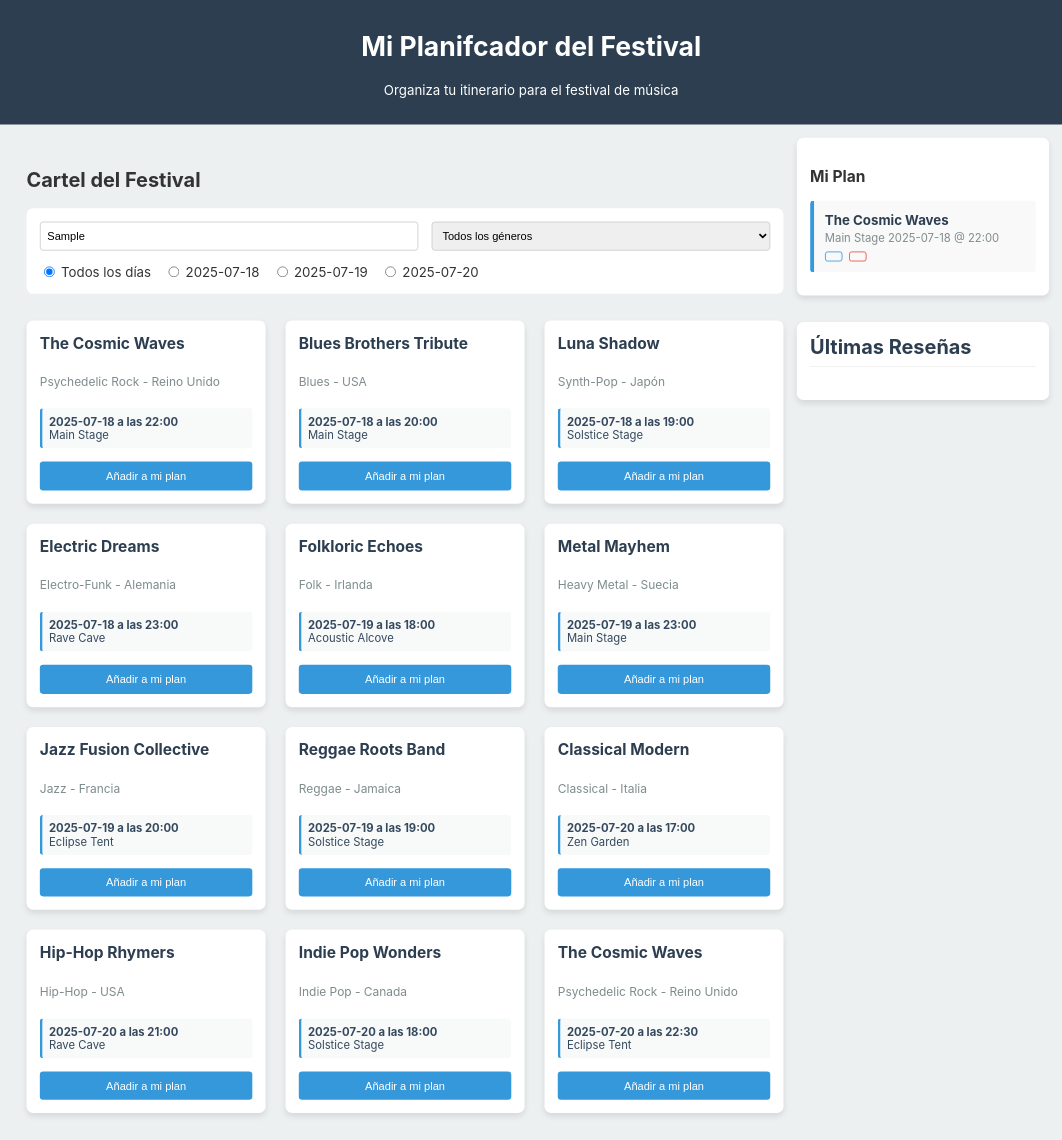
Repository: rotoforze/DWEC
Page: 2_examen_alexBernardos/index.html
These files come from the project's save history. The page is drawn as it stood at one moment and after the next save; the edit follows.
The browser window is 1280 px wide. The pictures show the whole page, at 83% of full size.
Empty fields were first filled with sample values (such as "Sample", 5 or name@example.com).
After loading, the first visible `button.add-to-plan` was clicked once.

Above is the page before, as saved 2025-12-12 12:23:47.

### 2_examen_alexBernardos/index.html
<!DOCTYPE html>
<html lang="es">
<head>
    <meta charset="UTF-8">
    <meta name="viewport" content="width=device-width, initial-scale=1.0">
    <title>Festival</title>
    <link rel="stylesheet" href="css/style.css">
</head>
<body>
    <!-- Encabezado principal de la aplicación -->
    <header>
        <h1>Mi Planifcador del Festival</h1>
        <p>Organiza tu itinerario para el festival de música</p>
    </header>

    <!-- Contenedor principal de la aplicación: organiza el dashboard y la columna derecha -->
    <div class="container">
        <!-- Sección principal del dashboard: muestra el cartel del festival y los filtros -->
        <main id="dashboard">
            <h2>Cartel del Festival</h2>
            <!-- Formulario de filtros para buscar y categorizar artistas -->
            <form id="filter-form">
                <input type="text" id="search-name" placeholder="Buscar por nombre...">
                <select id="filter-genre">
                    <option value="">Todos los géneros</option>
                    <!-- Las opciones de género se cargarán aquí dinámicamente mediante JavaScript -->
                </select>
                <div id="filter-day" class="radio-group">
                    <label><input type="radio" name="day" value="" checked> Todos los días</label>
                    <!-- Las opciones de día se cargarán aquí dinámicamente mediante JavaScript -->
                </div>
            </form>
            <!-- Contenedor donde se mostrarán las tarjetas de los artistas filtrados -->
            <div id="artist-list" class="grid-container">
                <!-- Las tarjetas de artistas se insertarán aquí por JavaScript -->
            </div>
        </main>

        <!-- Columna lateral derecha: contiene el plan del usuario y las reseñas -->
        <div class="right-column">
            <!-- Sección para el plan personalizado del usuario -->
            <aside id="my-plan-container">
                <h3>Mi Plan</h3>
                <!-- Lista donde se añadirán las actuaciones seleccionadas por el usuario -->
                <ul id="plan-list">
                    <!-- Las actuaciones añadidas aparecerán aquí por JavaScript -->
                </ul>
            </aside>
            <!-- Sección para mostrar las reseñas de los artistas -->
            <section id="reviews-section">
                <h2>Últimas Reseñas</h2>
                <!-- Contenedor donde se mostrarán las tarjetas de las reseñas -->
                <div id="reviews-list">
                    <!-- Las reseñas se insertarán aquí por JavaScript -->
                </div>
            </section>
        </div>
    </div>

    <!-- Modal para el formulario de reseña (inicialmente oculto) -->
    <div id="review-modal" class="modal-overlay" style="display: none;">
        <div class="modal-content">
            <button class="close-modal">&times;</button>
            <h3 id="modal-artist-name">Dejar reseña para...</h3>
            <!-- Formulario de reseña del artista. La validación se realiza en el cliente. -->
            <form id="review-form" novalidate>
                <div class="form-group">
                    <label>Calificación:</label>
                    <div class="star-rating">
                        <!-- Campos de radio para la calificación por estrellas (5 a 1) -->
                        <input type="radio" id="star5" name="rating" value="5" required><label for="star5" title="5 stars">★</label>
                        <input type="radio" id="star4" name="rating" value="4"><label for="star4" title="4 stars">★</label>
                        <input type="radio" id="star3" name="rating" value="3"><label for="star3" title="3 stars">★</label>
                        <input type="radio" id="star2" name="rating" value="2"><label for="star2" title="2 stars">★</label>
                        <input type="radio" id="star1" name="rating" value="1"><label for="star1" title="1 star">★</label>
                    </div>
                    <span class="error-message"></span>
                </div>
                <div class="form-group">
                    <label for="comment">Comentario:</label>
                    <textarea id="comment" name="comment" rows="4" minlength="15" required></textarea>
                    <span class="error-message"></span>
                </div>
                <div class="form-group">
                    <label for="email">Email:</label>
                    <input type="email" id="email" name="email" required>
                    <span class="error-message"></span>
                </div>
                <button type="submit">Enviar Reseña</button>
            </form>
        </div>
    </div>


    <!-- Mensaje de éxito temporal para confirmaciones de usuario (inicialmente oculto) -->
    <div id="success-message" class="success-message" style="display: none;"></div>

    <!-- Enlace al archivo JavaScript principal de la aplicación.
         El atributo 'type="module"' permite usar importaciones y exportaciones de módulos. -->
    <script src="js/main.js" type="module"></script>
</body>
</html>

### 2_examen_alexBernardos/css/style.css
/* --- GENERALES Y LAYOUT --- */
/* Este bloque define variables globales (--variable) para la paleta de colores y estilos reutilizables.
   También establece los estilos base para la página, como la fuente y la maquetación principal de dos columnas usando Flexbox. */
:root {
    --primary-color: #2c3e50;
    --secondary-color: #3498db;
    --background-color: #ecf0f1;
    --card-bg-color: #ffffff;
    --text-color: #333;
    --error-color: #e74c3c;
    --success-color: #2ecc71;
    --star-color: #f1c40f;
    --border-radius: 8px;
    --box-shadow: 0 4px 8px rgba(0, 0, 0, 0.1);
}

body {
    font-family: -apple-system, BlinkMacSystemFont, "Segoe UI", Roboto, Helvetica, Arial, sans-serif;
    margin: 0;
    background-color: var(--background-color);
    color: var(--text-color);
}

header {
    background-color: var(--primary-color);
    color: white;
    padding: 1rem 2rem;
    text-align: center;
}

.container {
    display: flex;
    flex-wrap: wrap;
    padding: 1rem;
}

main#dashboard {
    flex: 3;
    min-width: 300px;
    padding: 1rem;
}

.right-column {
    flex: 1;
    min-width: 300px;
    display: flex;
    flex-direction: column;
    gap: 2rem;
}

aside#my-plan-container {
    background-color: var(--card-bg-color);
    padding: 1rem;
    border-radius: var(--border-radius);
    box-shadow: var(--box-shadow);
}

/* --- FORMULARIO DE FILTROS --- */
/* Estilos para el formulario que permite al usuario buscar y filtrar artistas. */
#filter-form {
    display: flex;
    flex-wrap: wrap;
    gap: 1rem;
    margin-bottom: 2rem;
    background-color: var(--card-bg-color);
    padding: 1rem;
    border-radius: var(--border-radius);
}

#filter-form input[type="text"],
#filter-form select {
    padding: 0.5rem;
    border: 1px solid #ccc;
    border-radius: 4px;
    flex-grow: 1;
}

.radio-group {
    display: flex;
    gap: 1rem;
    align-items: center;
}

/* --- TARJETAS DE ARTISTAS --- */
/* Define el layout de parrilla para las tarjetas de artistas y el estilo de cada tarjeta individual,
   incluyendo efectos visuales como sombras y animaciones al pasar el ratón. */
.grid-container {
    display: grid;
    grid-template-columns: repeat(auto-fill, minmax(220px, 1fr));
    gap: 1.5rem;
}

.artist-card {
    background: var(--card-bg-color);
    border-radius: var(--border-radius);
    box-shadow: var(--box-shadow);
    padding: 1rem;
    transition: transform 0.2s, box-shadow 0.2s;
    display: flex;
    flex-direction: column;
}

.artist-card:hover {
    transform: translateY(-5px);
    box-shadow: 0 8px 16px rgba(0, 0, 0, 0.15);
}

.artist-card h3 {
    margin-top: 0;
    color: var(--primary-color);
}

.artist-card p {
    font-size: 0.9rem;
    color: #7f8c8d;
    margin: 0.5rem 0;
}

.card-schedule-info {
    font-size: 0.85rem;
    color: #34495e;
    background-color: #f8f9f9;
    padding: 0.5rem;
    border-radius: 4px;
    margin: 1rem 0;
    border-left: 3px solid var(--secondary-color);
}

.card-schedule-info span {
    display: block;
}

.card-schedule-info span:first-child {
    font-weight: bold;
}

.artist-card button {
    background-color: var(--secondary-color);
    color: white;
    border: none;
    padding: 0.6rem 1rem;
    border-radius: 4px;
    cursor: pointer;
    width: 100%;
    margin-top: auto; /* Empuja el botón al final */
    transition: background-color 0.2s;
}

.artist-card button:hover {
    background-color: #2980b9;
}

/* --- SECCIÓN "MI PLAN" --- */
/* Estilos para la lista de actuaciones que el usuario ha seleccionado.
   Incluye el estilo de cada elemento de la lista y sus botones de acción (Eliminar, Dejar reseña). */
#plan-list {
    list-style-type: none;
    padding: 0;
    margin: 0;
}

#plan-list li {
    background-color: #f9f9f9;
    padding: 0.8rem;
    margin-bottom: 0.8rem;
    border-radius: 4px;
    border-left: 5px solid var(--secondary-color);
    position: relative;
}

#plan-list .plan-item-info strong {
    display: block;
    color: var(--primary-color);
}

#plan-list .plan-item-info span {
    font-size: 0.85rem;
    color: #7f8c8d;
}

#plan-list .plan-item-actions {
    margin-top: 0.5rem;
    display: flex;
    gap: 0.5rem;
}

.plan-item-actions button {
    font-size: 0.75rem;
    padding: 0.3rem 0.6rem;
    border-radius: 3px;
    cursor: pointer;
    border: 1px solid;
}

.btn-delete {
    border-color: var(--error-color);
    color: var(--error-color);
    background: transparent;
}
.btn-review {
    border-color: var(--secondary-color);
    color: var(--secondary-color);
    background: transparent;
}
.btn-review:disabled {
    border-color: #ccc;
    color: #ccc;
    cursor: not-allowed;
}


/* --- MODAL --- */
/* Estilos para la ventana modal que aparece superpuesta.
   Define la capa de fondo oscura y el contenedor del contenido del modal. */
.modal-overlay {
    position: fixed;
    top: 0;
    left: 0;
    width: 100%;
    height: 100%;
    background-color: rgba(0, 0, 0, 0.6);
    display: flex;
    justify-content: center;
    align-items: center;
    z-index: 1000;
}

.modal-content {
    background: white;
    padding: 2rem;
    border-radius: var(--border-radius);
    width: 90%;
    max-width: 500px;
    position: relative;
}

.close-modal {
    position: absolute;
    top: 1rem;
    right: 1rem;
    background: none;
    border: none;
    font-size: 1.5rem;
    cursor: pointer;
}

/* --- FORMULARIO DE RESEÑA --- */
/* Define los estilos para el formulario dentro del modal, incluyendo los campos de entrada,
   los mensajes de error de validación y el sistema de calificación por estrellas. */
#review-form .form-group {
    margin-bottom: 1rem;
}

#review-form label {
    display: block;
    margin-bottom: 0.3rem;
}

#review-form input,
#review-form textarea {
    width: 100%;
    padding: 0.5rem;
    border: 1px solid #ccc;
    border-radius: 4px;
    box-sizing: border-box;
}

#review-form button {
    background-color: var(--success-color);
    color: white;
    padding: 0.7rem 1.5rem;
    border: none;
    border-radius: 4px;
    cursor: pointer;
}
.error-message {
    color: var(--error-color);
    font-size: 0.8rem;
    height: 1rem;
    display: block;
}
input:invalid, textarea:invalid {
    border-color: var(--error-color);
}

/* Star Rating: Implementación de calificación por estrellas con inputs de radio y CSS. */
.star-rating {
    display: flex;
    flex-direction: row-reverse;
    justify-content: flex-end;
}

.star-rating input[type="radio"] {
    display: none;
}

.star-rating label {
    color: #ccc;
    cursor: pointer;
    font-size: 2rem;
    margin: 0;
}

.star-rating input[type="radio"]:checked ~ label,
.star-rating label:hover,
.star-rating label:hover ~ label {
    color: var(--star-color);
}

/* --- MENSAJE DE ÉXITO --- */
/* Estilos para la notificación flotante que aparece tras enviar una reseña. */
.success-message {
    position: fixed;
    bottom: 20px;
    left: 50%;
    transform: translateX(-50%);
    background-color: var(--success-color);
    color: white;
    padding: 1rem 2rem;
    border-radius: var(--border-radius);
    z-index: 1001;
    box-shadow: var(--box-shadow);
}


/* --- SECCIÓN DE RESEÑAS --- */
/* Estilos para la sección que muestra las reseñas enviadas y el formato de cada tarjeta de reseña. */
#reviews-section {
    background-color: var(--card-bg-color);
    padding: 1rem;
    border-radius: var(--border-radius);
    box-shadow: var(--box-shadow);
}

#reviews-section h2 {
    text-align: left;
    margin-top: 0;
    margin-bottom: 1.5rem;
    padding-bottom: 0.5rem;
    border-bottom: 1px solid #eee;
    color: var(--primary-color);
}

#reviews-list {
    display: flex;
    flex-direction: column;
    gap: 1rem;
}

.review-card {
    background: #f9f9f9;
    border-radius: var(--border-radius);
    padding: 1rem;
    display: flex;
    flex-direction: column;
    border-left: 5px solid var(--secondary-color);
}

.review-card h4 {
    margin: 0 0 0.5rem 0;
    color: var(--primary-color);
}

.review-card-rating {
    color: var(--star-color);
    font-size: 1.2rem;
    margin-bottom: 1rem;
}

.review-card-comment {
    font-style: italic;
    color: #555;
    margin: 0;
}


/* --- RESPONSIVE --- */
/* Contiene las Media Queries para adaptar el diseño a diferentes tamaños de pantalla,
   como apilar las columnas en dispositivos móviles. */
@media (max-width: 992px) {
    .container {
        flex-direction: column;
    }
    .right-column {
        margin-top: 2rem;
        gap: 2rem;
    }
}

### 2_examen_alexBernardos/js/main.js
// js/main.js

import { cargarDatos } from "./dataManager.js";

function init(){
    // iniciamos la app
    console.log('%c Iniciando...', "color:green;");

    cargarDatos();

}


document.addEventListener('DOMContentLoaded', init);

### 2_examen_alexBernardos/js/dataManager.js
import { addFecha, renderTarjetas } from "./renderer.js";

let horarios;
let horariosFiltrados;
let artistas;
let escenarios;
let generos = [];
let fechas = [];

/**
 * Carga los datos de los JSON, añade el contenido y pone los eventos.
 * Básicamente carga todo...
 */
export async function cargarDatos() {

    console.log('%c Cargando datos de horarios.json, artistas.json, escenarios.json.', 'color:blue;');
    // guardo los horarios
    horarios = await fetchRute("./data/horarios.json");
    // guardo los artistas
    artistas = await fetchRute("./data/artistas.json");
    // guardo los escenarios
    escenarios = await fetchRute("./data/escenarios.json");
    console.log('%c Datos de horarios.json, artistas.json, escenarios.json, cargados correctamente.', 'color:blue;');

    sacarGeneros();
    ponerGenerosEnSelect();
    ponerFechas();
    document.querySelector('#search-name').addEventListener('input', filtrar);
    filtrar();
}

/**
 * Saca los generos de los artistas y los mete en un array
 * no admite duplicados
 */
function sacarGeneros() {
    for (const artista of artistas) {
        if (!generos.includes(artista.genero)) {
            generos.push(artista.genero);
        }
    }
}

/**
 * Pone los generos en el select.
 */
function ponerGenerosEnSelect() {
    const listaGeneros = document.querySelector('#filter-genre');
    generos.map((genero, clave) => {
        listaGeneros.innerHTML += (`
            <option value="${clave}">${genero}</option>
            `);
    });
    listaGeneros.addEventListener('input', filtrar)
}
/**
 * Separa las fechas únicas y llama a addFecha para meter las fechas en el DOM
 * Después se encarga de poner los eventos.
 */
function ponerFechas() {
    for (const horario of horarios) {
        if (!fechas.includes(horario.dia)) {
            fechas.push(horario.dia);
        }
    }
    for (const fecha of fechas) {
        addFecha(fecha);
    }

    document.querySelectorAll('[name="day"]').forEach((radioBtn) => {
        radioBtn.addEventListener("click", filtrar)
    })
}

/**
 * Recibe un id de un artista y devuelve el objeto correspondiente
 *
 * @param {String} id
 * @returns {object}
 */
export function getArtista(id) {
    for (const artista of artistas) {
        if (artista.id == id) {
            return artista;
        }
    }
}

/**
 * Recibe un id de un escenario y devuelve el objeto correspondiente
 *
 * @param {String} id
 * @returns {object}
 */
export function getEscenario(id) {
    for (const escenario of escenarios) {
        if (escenario.id == id) {
            return escenario;
        }
    }
}

/**
 * Recibe un id de artista, un id de escenario y una fecha
 * y devuelve el objeto que coinicida con esas especificaciones
 *
 * @param {String} artistaId
 * @param {String} escenarioId
 * @param {String} dia
 * @returns {Object}
 */
export function getHorario(artistaId, escenarioId, dia) {
        for (const horario of horarios) {
        if (horario.artistaId == artistaId && horario.escenarioId == escenarioId
            && horario.dia == dia) {
            return horario;
        }
    }
}

/**
 * Filtra y renderiza los horarios
 */
function filtrar() {
    console.log("%c Filtrando...", "color:green;")
    horariosFiltrados = horarios;
    // filtro por fecha
    const fecha = document.querySelector("form").day.value;
    if (fecha) {
        horariosFiltrados = horariosFiltrados.filter((horario) => {
            if (horario.dia == fecha) return horario;
        });
    }
    // filtro por genero
    const generoActual = generos[document.querySelector('#filter-genre').value];
    if (generoActual) {
        horariosFiltrados = horariosFiltrados.filter((horario) => {
            if (getArtista(horario.artistaId).genero == generoActual) {
                return horario;
            }
        })
    }

    // filtro por busqueda
    const busqueda = document.querySelector('#search-name').value;
    if (busqueda) {
        console.log(busqueda)
        horariosFiltrados = horariosFiltrados.filter((horario) => {
            console.log(getArtista(horario.artistaId).nombre.toLowerCase())
            if (getArtista(horario.artistaId).nombre.toLowerCase().includes(busqueda.toLowerCase())) {
                return horario;
            }
        })
    }

    renderTarjetas(horariosFiltrados);
}

/**
 * Recibe una ruta, usando una promesa, hace un fetch y devuelve su resultado.
 *
 * @param {File} rute
 */
async function fetchRute(rute) {
    return new Promise((resolve, reject) =>
        fetch(rute)
            .then(resp => resp.json())
            .then((data) => resolve(data))
            .catch((error) => reject(error)));
}

### 2_examen_alexBernardos/js/renderer.js
import { getArtista, getEscenario, getHorario } from "./dataManager.js";
/**
 * Recibe los horarios y usando la función nuevatarjeta, los crea y añade al dom
 *
 * @param {Object} horarios
 */
export function renderTarjetas(horarios) {
    const contenedor = document.querySelector("#artist-list");
    contenedor.innerHTML = "";
    if (horarios.length == 0) {
        contenedor.innerHTML += (`<h3>No hay coincidencias para los filtros.</h3>`);

    }else {
        for (const horario of horarios) {
            contenedor.innerHTML += nuevaTarjeta(horario.artistaId, horario.dia,
                                        horario.horaInicio, horario.escenarioId);
        }
        document.querySelectorAll('.add-to-plan').forEach((btn) => {
            btn.addEventListener('click', () => {
                const horario = getHorario(btn.getAttribute('data-artistaid'),
                btn.getAttribute('data-escenarioid'), btn.getAttribute('data-fecha'));
                if (horario) {
                    addPlan(horario);
                }
            })
        });
    }
}

/**
 * Crea el contenido html con los datos recibidos y lo devuelve.
 *
 * @param {String} artistaId
 * @param {String} dia
 * @param {String} horaInicio
 * @param {String} escenarioId
 * @returns {HTMLElement}
 */
function nuevaTarjeta(artistaId, dia, horaInicio, escenarioId) {
    return (`
        <div class="artist-card">
            <h3>${getArtista(artistaId).nombre}</h3>
            <p>${getArtista(artistaId).genero} - ${getArtista(artistaId).pais}</p>
            <div class="card-schedule-info">
                <span>${dia} a las ${horaInicio}</span>
                <span>${getEscenario(escenarioId).nombre}</span>
            </div>
            <button class="add-to-plan" data-artistaId="${artistaId}"
            data-escenarioId="${escenarioId}" data-fecha="${dia}">Añadir a mi plan</button>
        </div>
        `);
}

/**
 *
 * Recibe un artista
 *
 * @param {String} artistaId
 */
function addPlan(horario) {
    document.querySelector("#plan-list").innerHTML += (`
        <li class="plan-item-info">
            <strong>${getArtista(horario.artistaId).nombre}</strong>
            <span>${getEscenario(horario.escenarioId).nombre} ${horario.dia} @ ${horario.horaInicio}</span>
            <div class="plan-item-actions">
                <button class="btn-review"></button>
                <button class="btn-delete"></button>
            </div>
        </li>
        `);
}

/**
 * Recibe una fecha y la añade al dom como radiobutton
 *
 * @param {String} fecha
 */
export function addFecha(fecha) {
    document.querySelector('#filter-day').innerHTML += (`
        <label>
            <input type="radio" name="day" value="${fecha}">
            ${fecha}
        </label>
        `);
}

### 2_examen_alexBernardos/data/escenarios.json
[
  {
    "id": "e1",
    "nombre": "Solstice Stage",
    "capacidad": 15000,
    "ubicacion": "Zona Norte"
  },
  {
    "id": "e2",
    "nombre": "Eclipse Tent",
    "capacidad": 5000,
    "ubicacion": "Zona Oeste"
  },
  {
    "id": "e3",
    "nombre": "Zen Garden",
    "capacidad": 3000,
    "ubicacion": "Zona Sur"
  },
  {
    "id": "e4",
    "nombre": "Rave Cave",
    "capacidad": 7000,
    "ubicacion": "Zona Este"
  },
  {
    "id": "e5",
    "nombre": "Acoustic Alcove",
    "capacidad": 1000,
    "ubicacion": "Centro"
  },
  {
    "id": "e6",
    "nombre": "Main Stage",
    "capacidad": 20000,
    "ubicacion": "Entrada Principal"
  },
  {
    "id": "e7",
    "nombre": "Chill Zone",
    "capacidad": 2000,
    "ubicacion": "Junto al Lago"
  },
  {
    "id": "e8",
    "nombre": "Groove Ground",
    "capacidad": 6000,
    "ubicacion": "Área de Comida"
  },
  {
    "id": "e9",
    "nombre": "Tech Temple",
    "capacidad": 4000,
    "ubicacion": "Bosque"
  },
  {
    "id": "e10",
    "nombre": "Vibe Village",
    "capacidad": 2500,
    "ubicacion": "Campamento"
  }
]

Loaded but not shown: 2_examen_alexBernardos/data/artistas.json (90 lines, source omitted); 2_examen_alexBernardos/data/horarios.json (86 lines, source omitted)

After the next save:
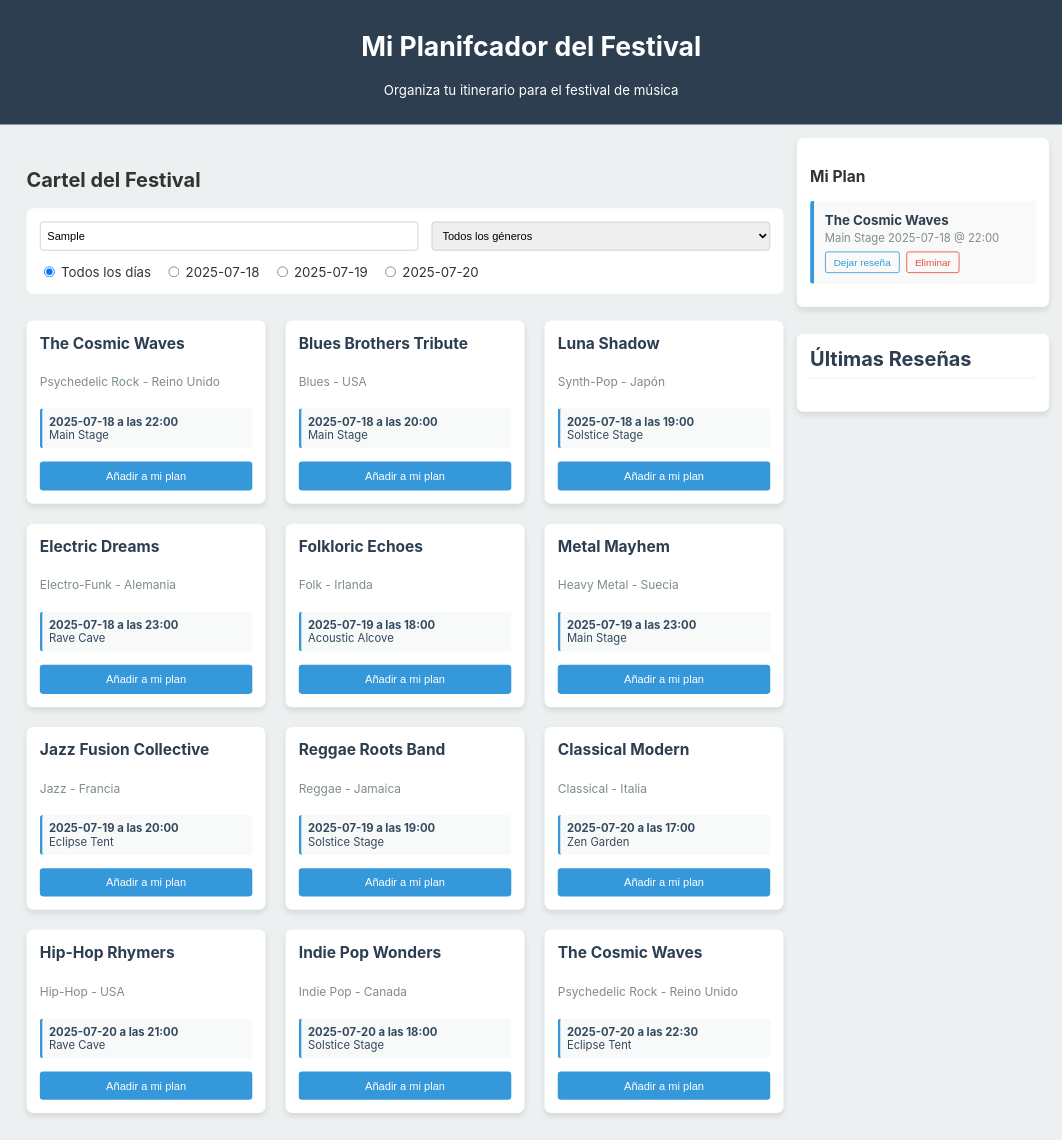
Saved 12 s later.
--- a/2_examen_alexBernardos/js/renderer.js
+++ b/2_examen_alexBernardos/js/renderer.js
@@ -63,8 +63,8 @@ function addPlan(horario) {
             <strong>${getArtista(horario.artistaId).nombre}</strong>
             <span>${getEscenario(horario.escenarioId).nombre} ${horario.dia} @ ${horario.horaInicio}</span>
             <div class="plan-item-actions">
-                <button class="btn-review"></button>
-                <button class="btn-delete"></button>
+                <button class="btn-review">Dejar reseña</button>
+                <button class="btn-delete">Eliminar</button>
             </div>
         </li>
         `);
